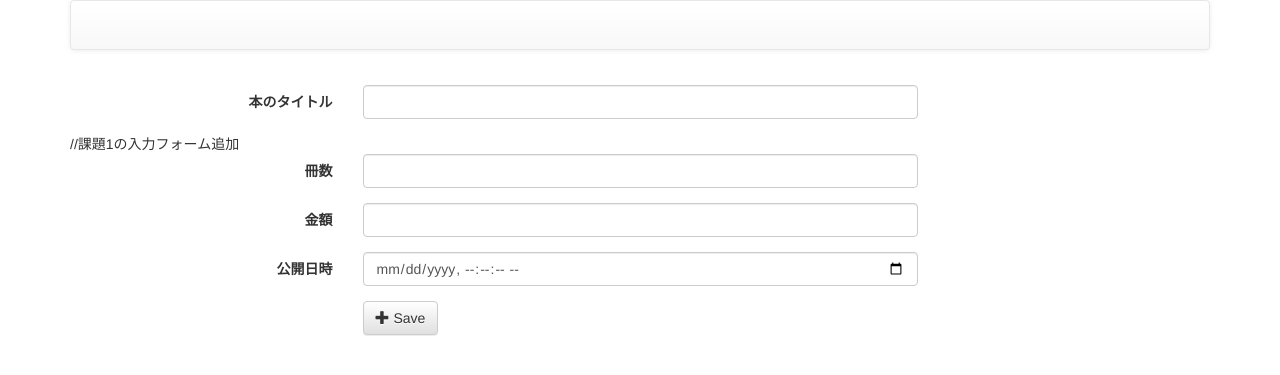
Repository: shoji-takuro/laravel01
Page: http://localhost/
The author's editor kept a record of every edit. The page is drawn from the files as they stood at one moment, then again after the next edit.
The browser window is 1280 px wide. The pictures show the whole page.
The page is served by the project's Laravel application, run on PHP 8.4 with Laravel 8. Other server files are loaded and not shown. Queries for data that is not in the repository find no rows.

Above is the page before.
Console error (its wording comes from the project's code and is left out).

### workspace/cms/routes/web.php
<?php
/*
|--------------------------------------------------------------------------
| Web Routes
|--------------------------------------------------------------------------
|
| Here is where you can register web routes for your application. These
| routes are loaded by the RouteServiceProvider within a group which
| contains the "web" middleware group. Now create something great!
|
*/
use App\Book;
use Illuminate\Http\Request;

/**
* 本のダッシュボード表示 */
Route::get('/', function () {
    $books = Book::orderBy('created_at', 'asc')->get();
    return view('books', [
        'books' => $books
    ]);
});

/**
* 新「本」を追加 */
Route::post('/books', function (Request $request) {
    //バリデーション
    $validator = Validator::make($request->all(), [
            //課題1のバリデーションの設定
            'item_name' => 'required|min:3|max:255',
            'item_number' => 'required|min:1|max:3',
            'item_amount' => 'required|max:6',
            'published' => 'required',
    ]);
    //バリデーション:エラー
    if ($validator->fails()) {
            return redirect('/')
                ->withInput()
                ->withErrors($validator);
    }
    // Eloquent モデル
    $books = new Book;
    $books->item_name = $request->item_name;
    //　課題1の入力フォーム追加分のデータ登録
    $books->item_number = $request->item_number;
    $books->item_amount = $request->item_amount;
    $books->published = $request->published;
    $books->save();   //「/」ルートにリダイレクト
    return redirect('/');
});

/**
* 本の詳細画面（課題2） */
Route::post('/detail/{book}', function (Book $book) {
    return view('detail',['book' => $book]);
});


/**
* 本を削除 */
Route::post('/book/delete/{book}', function (Book $book) {
    $book->delete();
    return redirect('/');
});



?>

### workspace/cms/resources/views/books.blade.php
<!-- resources/views/books.blade.php -->

@extends('layouts.app')

@section('content')


    <div class="panel-body container">
        <!-- バリデーションエラーの表示に使用-->
        @include('common.errors')
        <!-- バリデーションエラーの表示に使用-->

        <!-- 本登録フォーム -->
        <form action="{{ url('books') }}" method="POST" class="form-horizontal">
            {{ csrf_field() }}

            <!-- 本のタイトル -->
            <div class="form-group">
                <label for="book-name" class="col-sm-3 control-label">本のタイトル</label>

                <div class="col-sm-6">
                    <input type="text" name="item_name" id="book-name" class="form-control">
                </div>
            </div>

            //課題1の入力フォーム追加
            <!-- 本の数 -->
            <div class="form-group">
                <label for="book-number" class="col-sm-3 control-label">冊数</label>

                <div class="col-sm-6">
                    <input type="text" name="item_number" id="book-number" class="form-control">
                </div>
            </div>

            <!-- 本の金額 -->
            <div class="form-group">
                <label for="book-amount" class="col-sm-3 control-label">金額</label>

                <div class="col-sm-6">
                    <input type="text" name="item_amount" id="book-amount" class="form-control">
                </div>
            </div>

            <!-- 本の公開日 -->
            <div class="form-group">
                <label for="published" class="col-sm-3 control-label">公開日時</label>

                <div class="col-sm-6">
                    <input type="datetime-local" name="published" id="published" class="form-control" step="1">
                </div>
            </div>

            <!-- 本 登録ボタン -->
            <div class="form-group">
                <div class="col-sm-offset-3 col-sm-6">
                    <button type="submit" class="btn btn-default">
                        <i class="glyphicon glyphicon-plus"></i> Save
                    </button>
                </div>
            </div>
        </form>


         <!-- 現在 本 -->
         @if (count($books) > 0)
            <div class="panel panel-default">
                <div class="panel-heading">
                    現在の本
                </div>
                <div class="panel-body">
                <table class="table table-striped task-table">
                    <!-- テーブルヘッダ -->
                    <thead>
                        <th>本一覧</th>
                        <th>&nbsp;</th>
                    </thead>
                    <!-- テーブル本体 -->
                    <tbody>
                         @foreach ($books as $book)
                            <tr>
                                <!-- 本タイトル -->
                                <td class="table-text">
                                    <div>{{ $book->item_name }}</div>
                                </td>

                                <!-- 課題1の入力フォーム追加分のデータ表示 -->
                                <!-- 本数 -->
                                <td class="table-text">
                                    <div>{{ $book->item_number }}</div>
                                </td>

                                <!-- 本金額 -->
                                <td class="table-text">
                                    <div>{{ $book->item_amount }}</div>
                                </td>

                                <!-- 本公開日時 -->
                                <td class="table-text">
                                    <div>{{ $book->published }}</div>
                                </td>

                                <!-- 本: 削除ボタン -->
                                <td>
                                    <form action="{{ url('book/delete/'.$book->id) }}" method="POST">

                                        {{ csrf_field() }}

                                        <button type="submit" class="btn btn-danger"> <i class="glyphicon glyphicon-trash"></i>
                                            削除
                                        </button>
                                    </form>
                                </td>

                            </tr>
                         @endforeach
                    </tbody>
                </table>
            </div>
        </div>
    @endif
    <!--  ook: 既に登録されてる本 リスト -->

    </div>
@endsection

### workspace/cms/resources/views/common/errors.blade.php
<!-- resources/views/common/errors.blade.php -->

@if (count($errors) > 0)
    <!-- Form Error List -->
    <div class="alert alert-danger">
        <div><strong>入力した文字を修正してください。</strong></div>
        <div>
            <ul>
            @foreach ($errors->all() as $error)
                <li>{{ $error }}</li>
            @endforeach
            </ul>
        </div>
    </div>
@endif

### workspace/cms/resources/views/layouts/app.blade.php
<!-- resources/views/layouts/app.blade.php -->

<!DOCTYPE html>
<html lang="ja">
    <head>
        <title>Book List</title>
        <!-- Latest compiled and minified CSS -->
        <link rel="stylesheet" href="https://maxcdn.bootstrapcdn.com/bootstrap/3.3.7/css/bootstrap.min.css" integrity="sha384-BVYiiSIFeK1dGmJRAkycuHAHRg32OmUcww7on3RYdg4Va+PmSTsz/K68vbdEjh4u" crossorigin="anonymous">

        <!-- Optional theme -->
        <link rel="stylesheet" href="https://maxcdn.bootstrapcdn.com/bootstrap/3.3.7/css/bootstrap-theme.min.css" integrity="sha384-rHyoN1iRsVXV4nD0JutlnGaslCJuC7uwjduW9SVrLvRYooPp2bWYgmgJQIXwl/Sp" crossorigin="anonymous">

        <!-- Latest compiled and minified JavaScript -->
        <script src="https://maxcdn.bootstrapcdn.com/bootstrap/3.3.7/js/bootstrap.min.js" integrity="sha384-Tc5IQib027qvyjSMfHjOMaLkfuWVxZxUPnCJA7l2mCWNIpG9mGCD8wGNIcPD7Txa" crossorigin="anonymous"></script>
    </head>

    <body>
        <div class="container">
            <nav class="navbar navbar-default">
            <!-- ナビバーの内容 -->
            </nav>
        </div>

        @yield('content')
    </body>
</html>

Loaded but not shown: workspace/cms/app/Book.php (common file)

After the next edit:
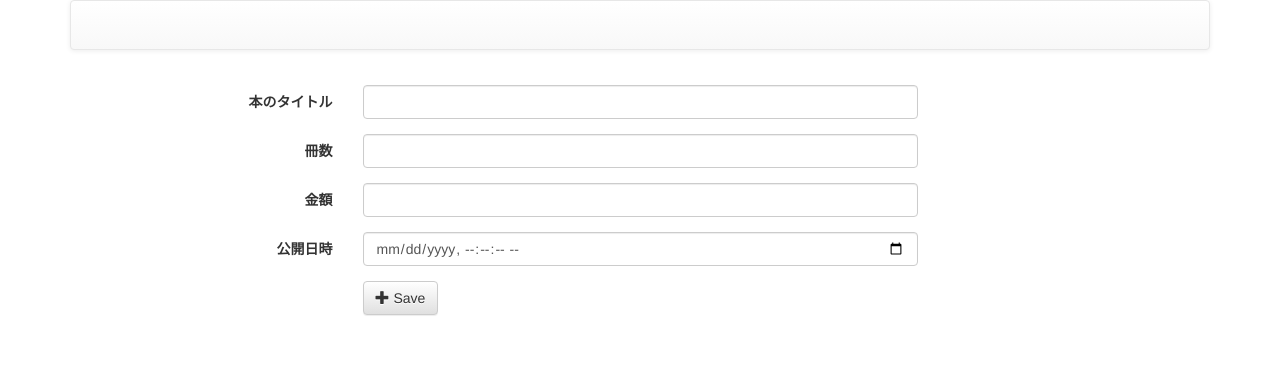
The edit:
--- a/workspace/cms/resources/views/books.blade.php
+++ b/workspace/cms/resources/views/books.blade.php
@@ -23,7 +23,7 @@
                 </div>
             </div>
 
-            //課題1の入力フォーム追加
+            <!-- 課題1の入力フォーム追加 -->
             <!-- 本の数 -->
             <div class="form-group">
                 <label for="book-number" class="col-sm-3 control-label">冊数</label>
